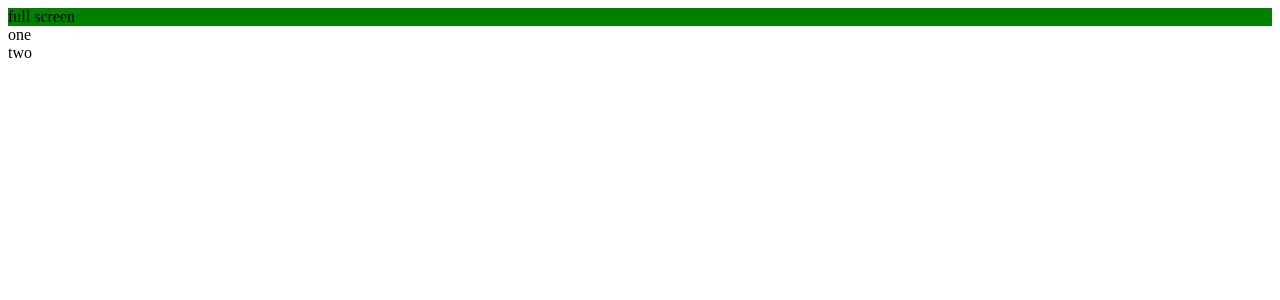
Repository: Seokho96/CSSPractice
Page: css/sample02/WebContent/index4.html
These files come from the project's save history. The page is drawn as it stood at one moment and after the next save; the edit follows.
The browser window is 1280 px wide. The pictures show the whole page.

Above is the page before, as saved 2020-07-13 03:04:00.

### css/sample02/WebContent/index4.html
<!DOCTYPE html>
<html>
<head>
<meta charset="UTF-8">
<title>Insert title here</title>

<style type="text/css">
#fullscreen{
   width: 100%;
   height: 100%;
   background-color: green;
   float: left;
}



</style>
</head>
<body>

<div id="fullscreen">
full screen
</div>

<div id="one">
one
</div>

<div id="two">
two
</div>

</body>
</html>

After the next save:
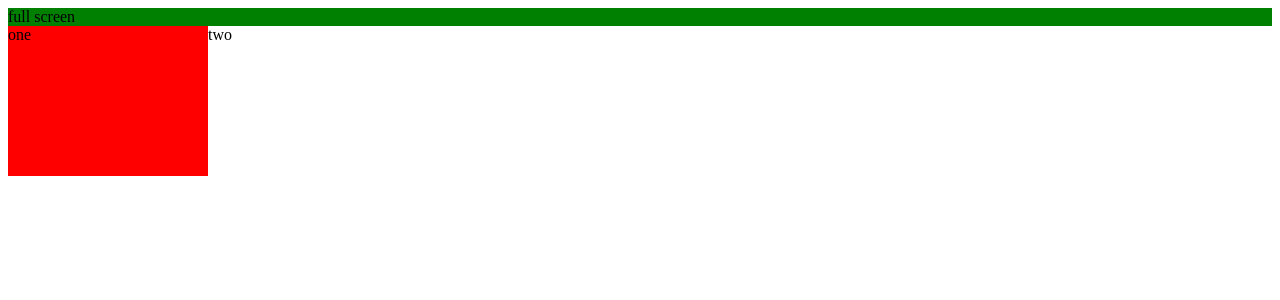
Saved 74 s later.
--- a/css/sample02/WebContent/index4.html
+++ b/css/sample02/WebContent/index4.html
@@ -9,9 +9,15 @@
    width: 100%;
    height: 100%;
    background-color: green;
+   /* margin: 0 auto; */
    float: left;
 }
-
+#one{
+  width: 200px;
+  height: 150px;
+  background-color: red;
+  float: left;
+}
 
 
 </style>
